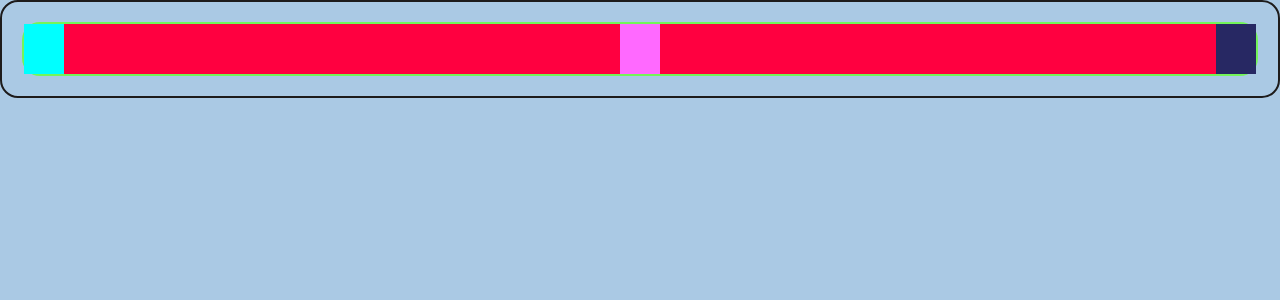
Repository: SbuKhoza/furniture
Page: /
An editor plug-in stored every save of this project. The page is shown before and after a run of saves, followed by the edit.
The browser window is 1280 px wide. The pictures show the whole page.
The project was rebuilt for these pictures with package versions that can differ from the ones it lists, and the page was loaded fresh each time.

Above is the page before, as saved 2024-07-12 12:12:27.

After the next 2 saves:
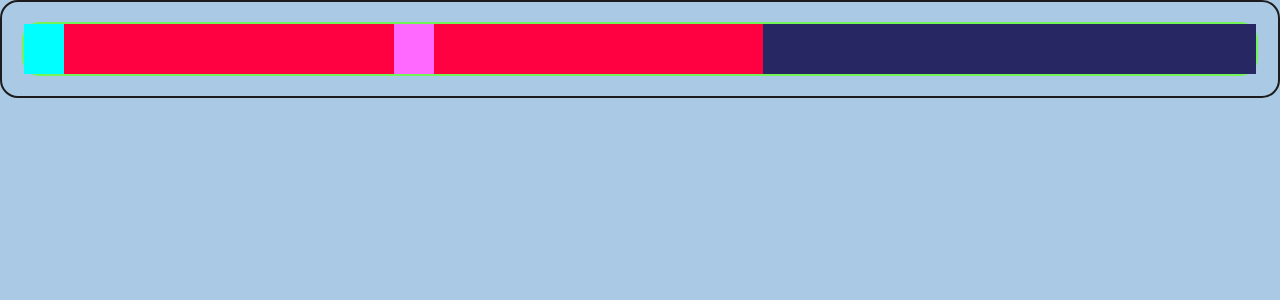
The 2 saves are shown as one change because they came seconds apart.
The last was saved 44 s later.
--- a/src/App.css
+++ b/src/App.css
@@ -47,7 +47,7 @@ nav {
 }
 
 .cont3 {
-  width: 40px;
+  width: 40%;
   background-color: rgb(39, 40, 99);
   height: 100%;
 
